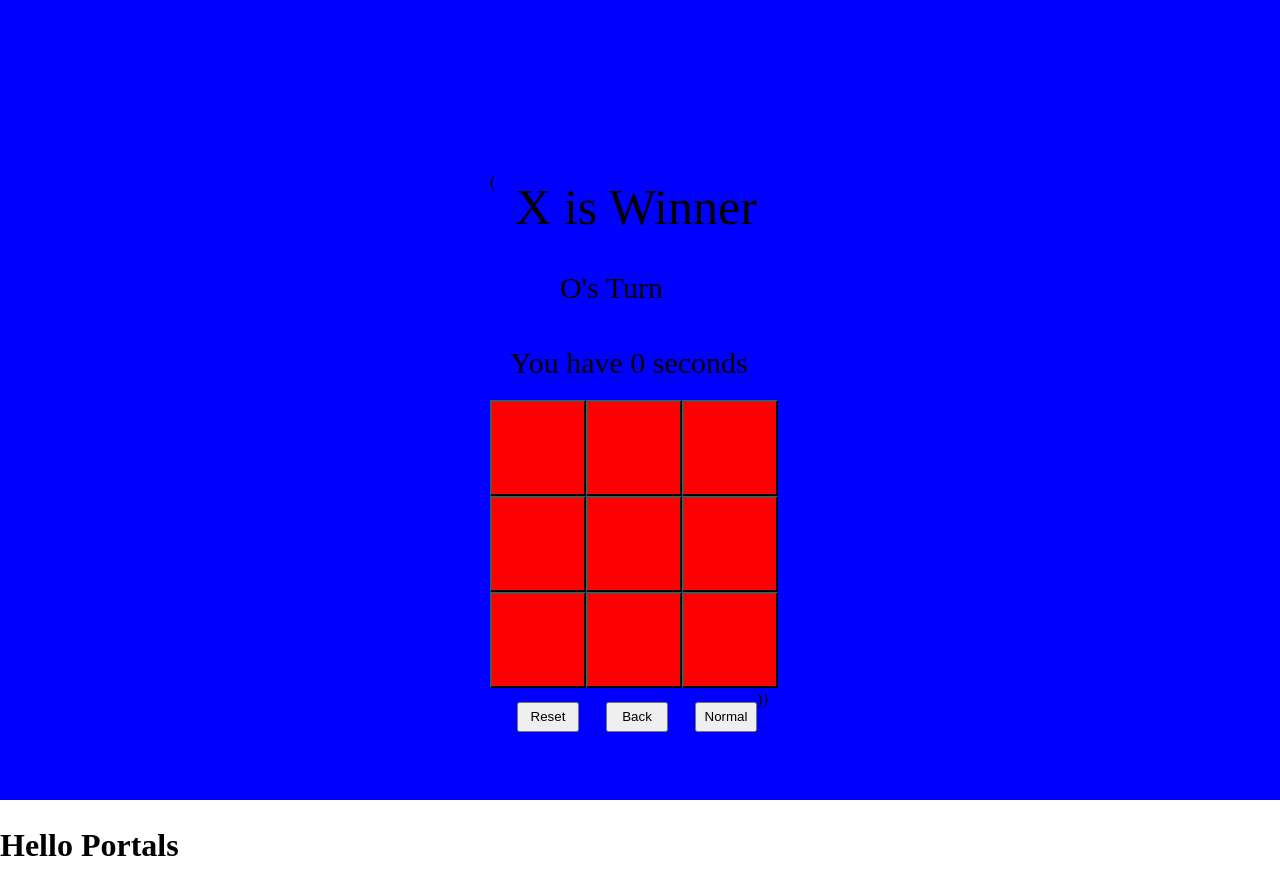
Repository: Mush-s/Folio-OX
Page: /game
These files come from the project's save history. The page is drawn as it stood at one moment and after the next save; the edit follows.
The browser window is 1280 px wide. The pictures show the whole page.
The project was rebuilt for these pictures with package versions that can differ from the ones it lists, and the page was loaded fresh each time. Also part of the build but not shown: src/Start/Start.css, src/Start/Start.js.

Above is the page before, as saved 2022-09-02 17:14:15.

After the next save:
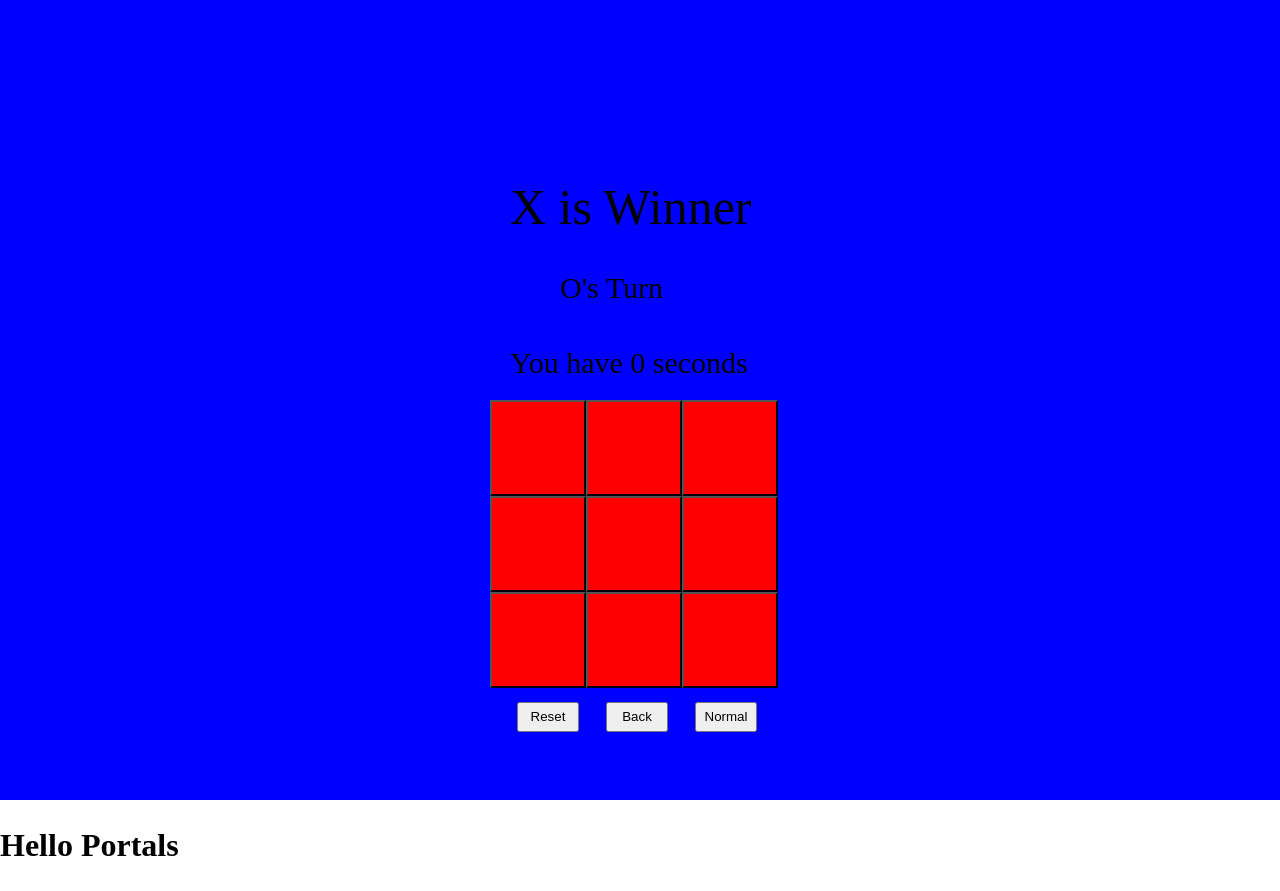
Saved 44 s later.
--- a/src/TicTacToe/Game/Game.js
+++ b/src/TicTacToe/Game/Game.js
@@ -157,7 +157,7 @@ const Game = () => {
   };
   return (
     <div className="game">
-      (<div className="result">{result}</div>
+      <div className="result">{result}</div>
       <div className="turn">{player}'s Turn</div>
       <p className="timer">You have {time} seconds</p>
       {cellValues.map((value, index) => (
@@ -169,7 +169,7 @@ const Game = () => {
         onBack={backHandler}
         onChange={ChangeHandler}
       />
-      )}
+
       {gameOver && <Test />}
     </div>
   );
